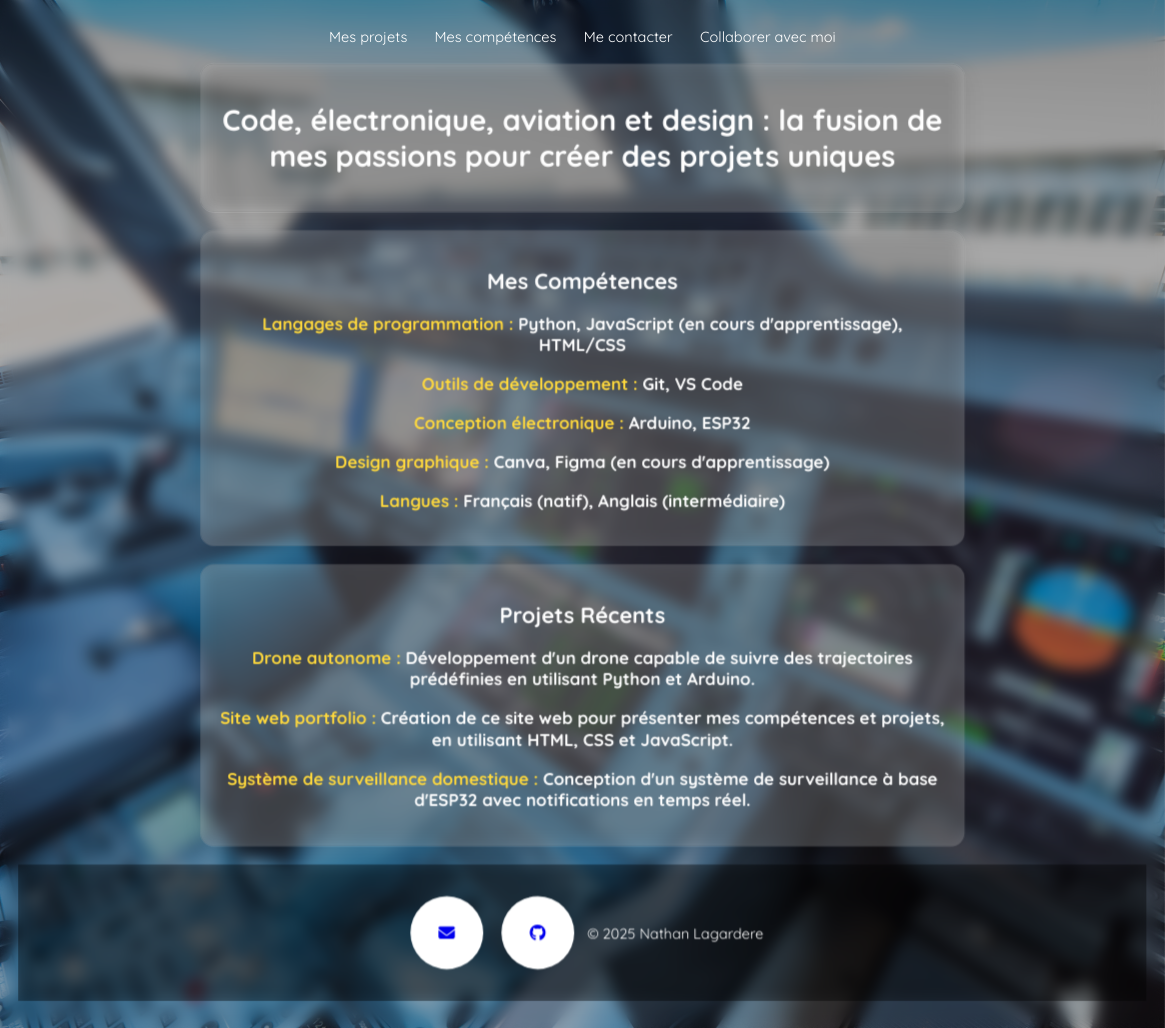
Repository: nlagardere/myportfolio
Page: index - Copie.html
The author's editor kept a copy of each file at every save. The page is drawn from the files as they stood at one save, then again after a run of saves.
The browser window is 1280 px wide. The pictures show the whole page, at 91% of full size.

Above is the page before, as saved 2025-09-06 10:26:06.

After the next 7 saves:
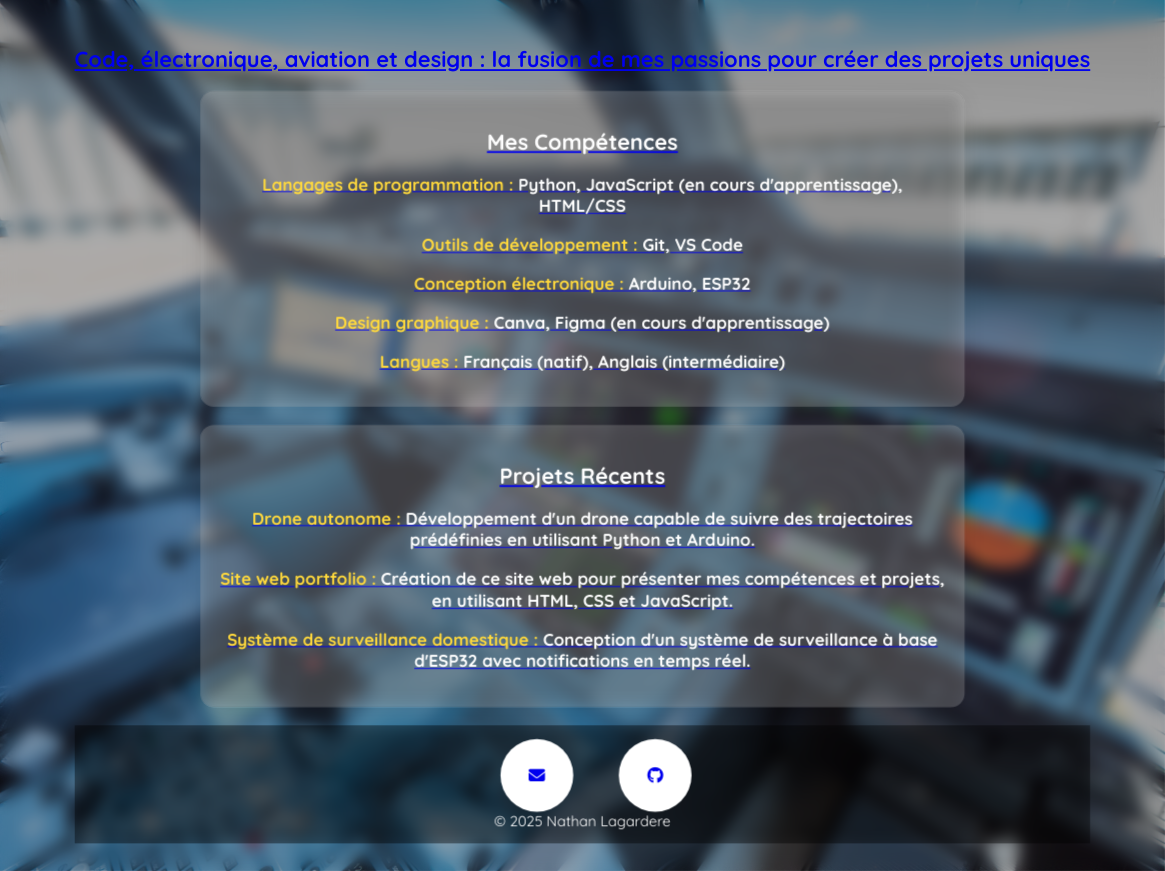
The 7 saves are shown as one change because they came seconds apart.
The last was saved 20 s later.
--- a/index - Copie.html
+++ b/index - Copie.html
@@ -209,7 +209,7 @@
   <header>
     <nav class="navbar">
       <ul>
-        <li>Mes projets</li>
+        <li><a href="projects.html>Mes projets</li>
         <li>Mes compétences</li>
         <li>Me contacter</li>
         <li>Collaborer avec moi</li>

After the 3 saves that followed:
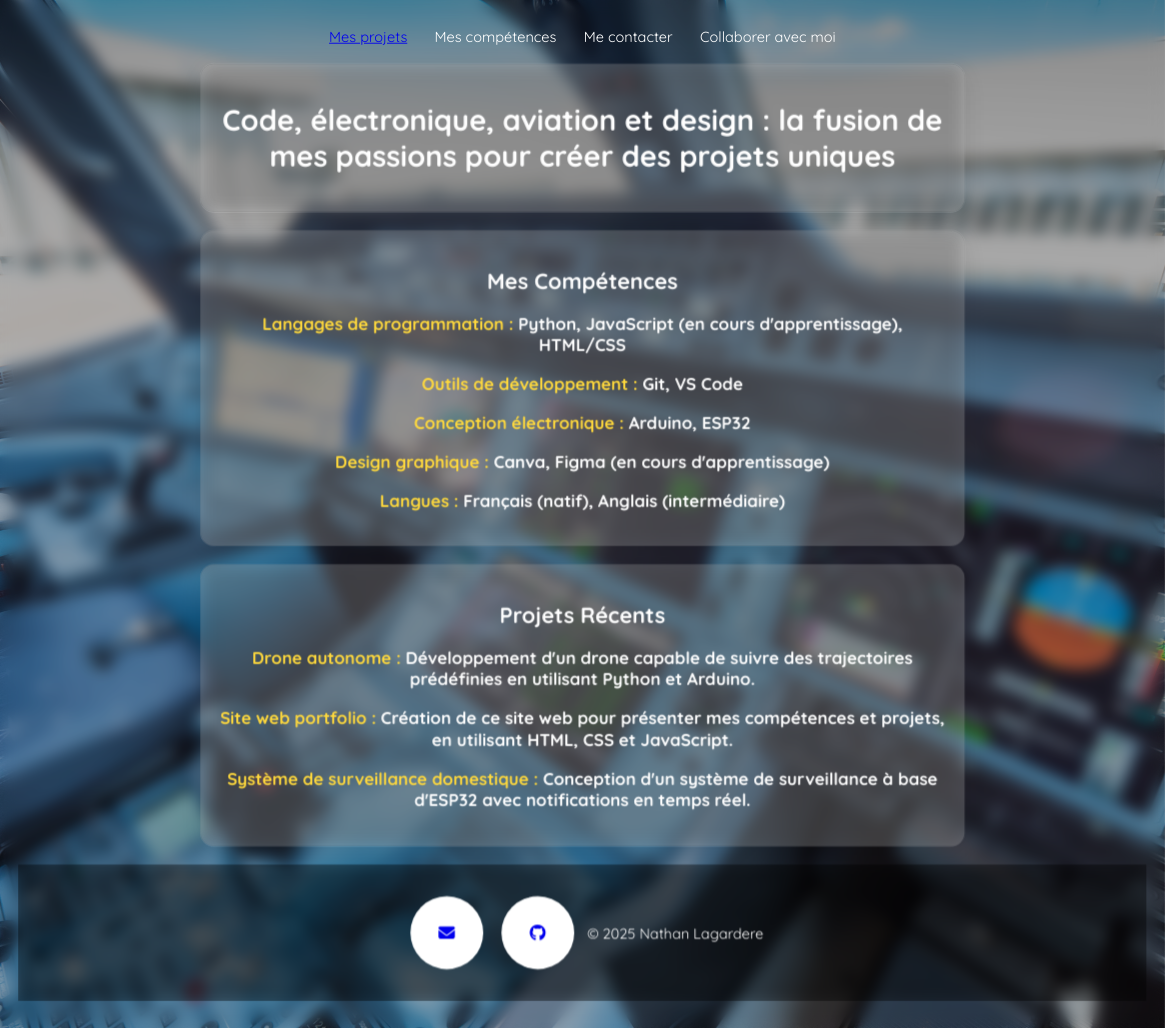
The 3 saves are shown as one change because 1 left the picture as it was and some came seconds apart.
The last was saved 24 s later.
--- a/index - Copie.html
+++ b/index - Copie.html
@@ -209,7 +209,7 @@
   <header>
     <nav class="navbar">
       <ul>
-        <li><a href="projects.html>Mes projets</li>
+        <li><a href="projects.html">Mes projets</a></li>
         <li>Mes compétences</li>
         <li>Me contacter</li>
         <li>Collaborer avec moi</li>
